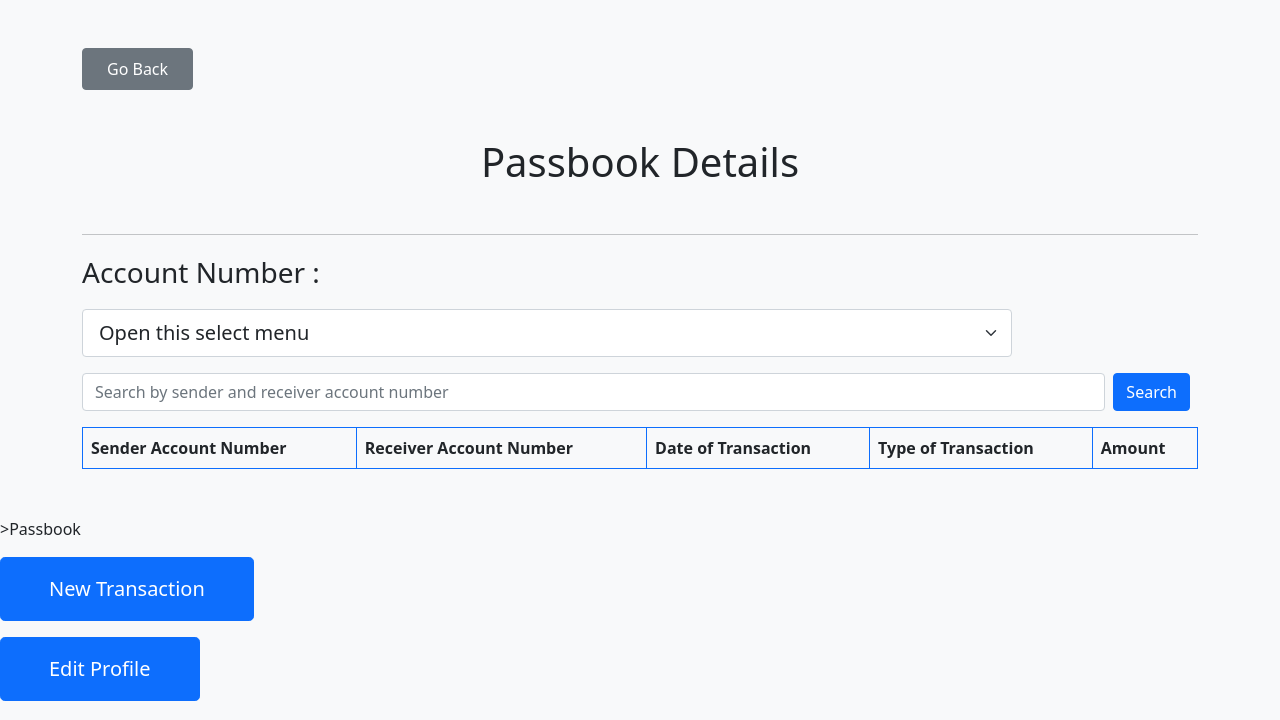
Repository: valletivarish/monojsp
Page: http://localhost/11-bank-application/user-passbook.jsp
An editor plug-in stored every save of this project. The page is shown before and after the next save, followed by the edit.
The browser window is 1280 px wide. The pictures show the whole page.
The page is served by Tomcat 9. The template is opened directly, without the code that normally fills it, so the values that code supplies are empty.

Above is the page before, as saved 2024-07-21 14:25:16.

After the next save:
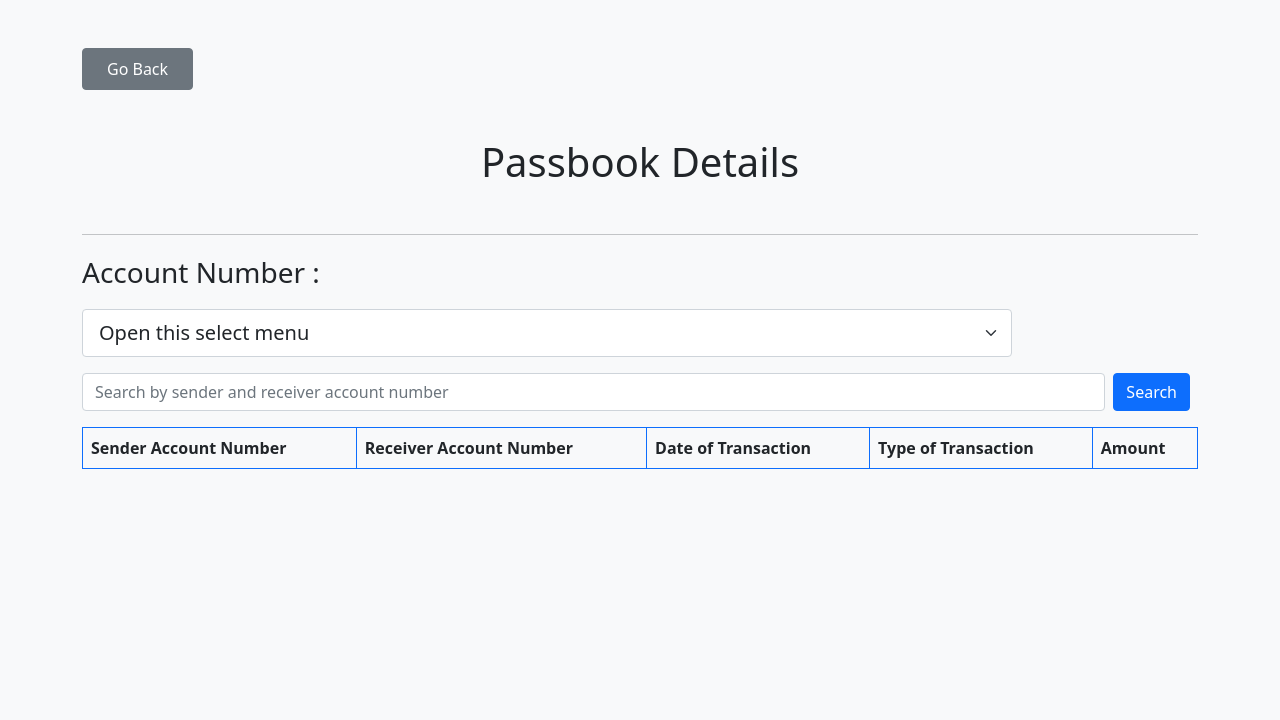
Saved 103 s later.
--- a/11-bank-application/WebContent/user-passbook.jsp
+++ b/11-bank-application/WebContent/user-passbook.jsp
@@ -80,26 +80,3 @@
 	</div>
 </body>
 </html>
-
->Passbook
-</a>
-</div>
-<div class="col-md-4 my-3">
-	<a href="user?command=newTransaction"
-		class="btn btn-primary btn-lg btn-block px-5 py-3">New
-		Transaction</a>
-</div>
-<div class="col-md-4 my-3">
-	<a href="user?command=editProfile"
-		class="btn btn-primary btn-lg btn-block px-5 py-3">Edit
-		Profile</a>
-</div>
-</div>
-</div>
-
-<script
-	src="https://cdn.jsdelivr.net/npm/bootstrap@5.0.2/dist/js/bootstrap.bundle.min.js"
-	integrity="sha384-MrcW6ZMFYlzcLA8Nl+NtUVF0sA7MsXsP1UyJoMp4YLEuNSfAP+JcXn/tWtIaxVXM"
-	crossorigin="anonymous"></script>
-</body>
-</html>
